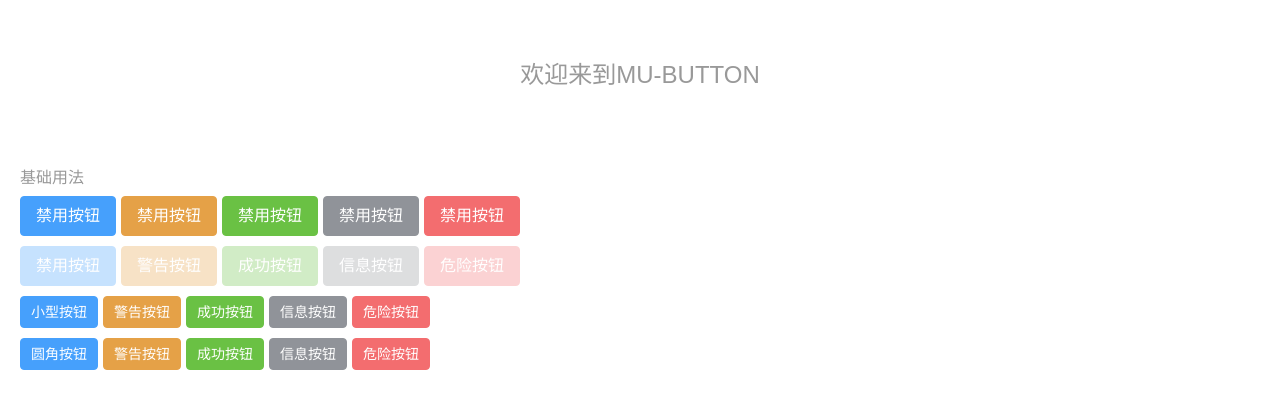
Repository: HuoXiaoYe/huoxiaoye_mumu
Page: /
An editor plug-in stored every save of this project. The page is shown before and after the next save, followed by the edit.
The browser window is 1280 px wide. The pictures show the whole page.
The project was rebuilt for these pictures with package versions that can differ from the ones it lists, and the page was loaded fresh each time.

Above is the page before, as saved 2020-07-04 17:38:57.

After the next save:
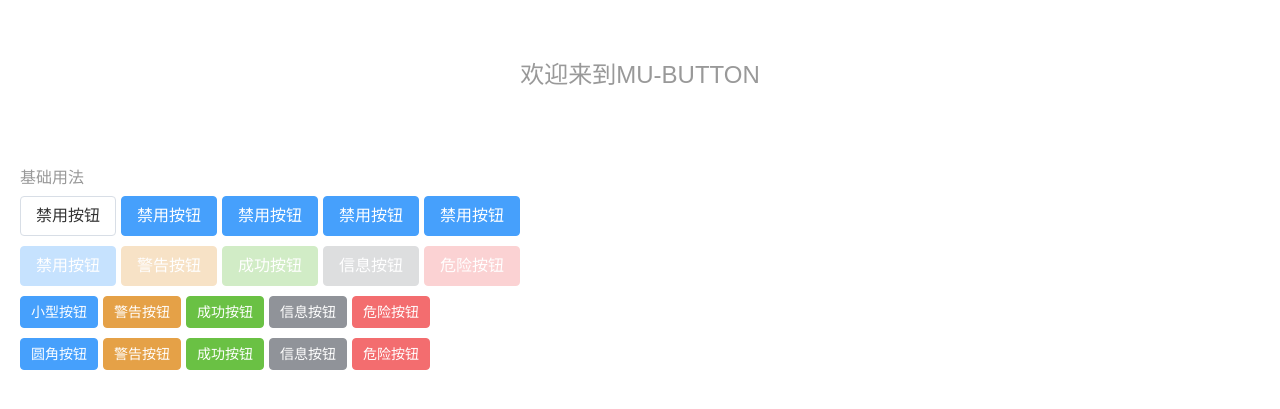
Saved 13 s later.
--- a/src/pages/buttonWrap/buttonWrap.tsx
+++ b/src/pages/buttonWrap/buttonWrap.tsx
@@ -41,7 +41,7 @@ function ButtonWrap() {
                     {
                         buttonList.map((item)=>{
                             return (
-                                <li><MUButton type={item.type}>禁用按钮</MUButton></li>
+                                <li><MUButton type={!item.type}>禁用按钮</MUButton></li>
                             )
                         })
                     }
